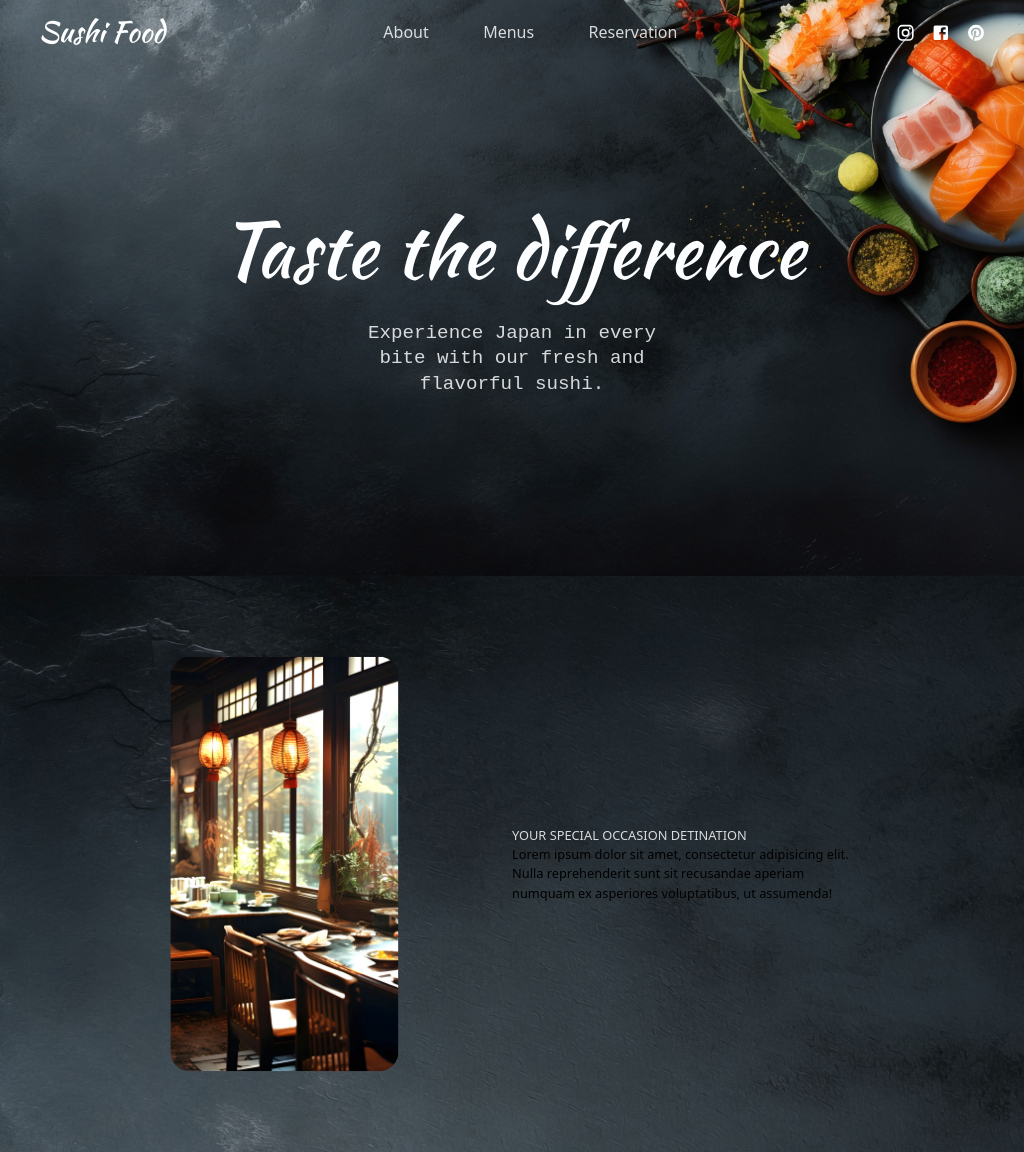
Repository: Adrien-legeleu/sushi-food
Page: /
These files come from the project's save history. The page is drawn as it stood at one moment and after the next save; the edit follows.
The browser window is 1280 px wide. The pictures show the whole page, at 80% of full size.
Some web fonts or font styles are not loaded; a fallback is used. The project was rebuilt for these pictures with package versions that can differ from the ones it lists, and the page was loaded fresh each time. Also part of the build but not shown: vite.config.ts.

Above is the page before, as saved 2024-04-29 19:44:46.

After the next save:
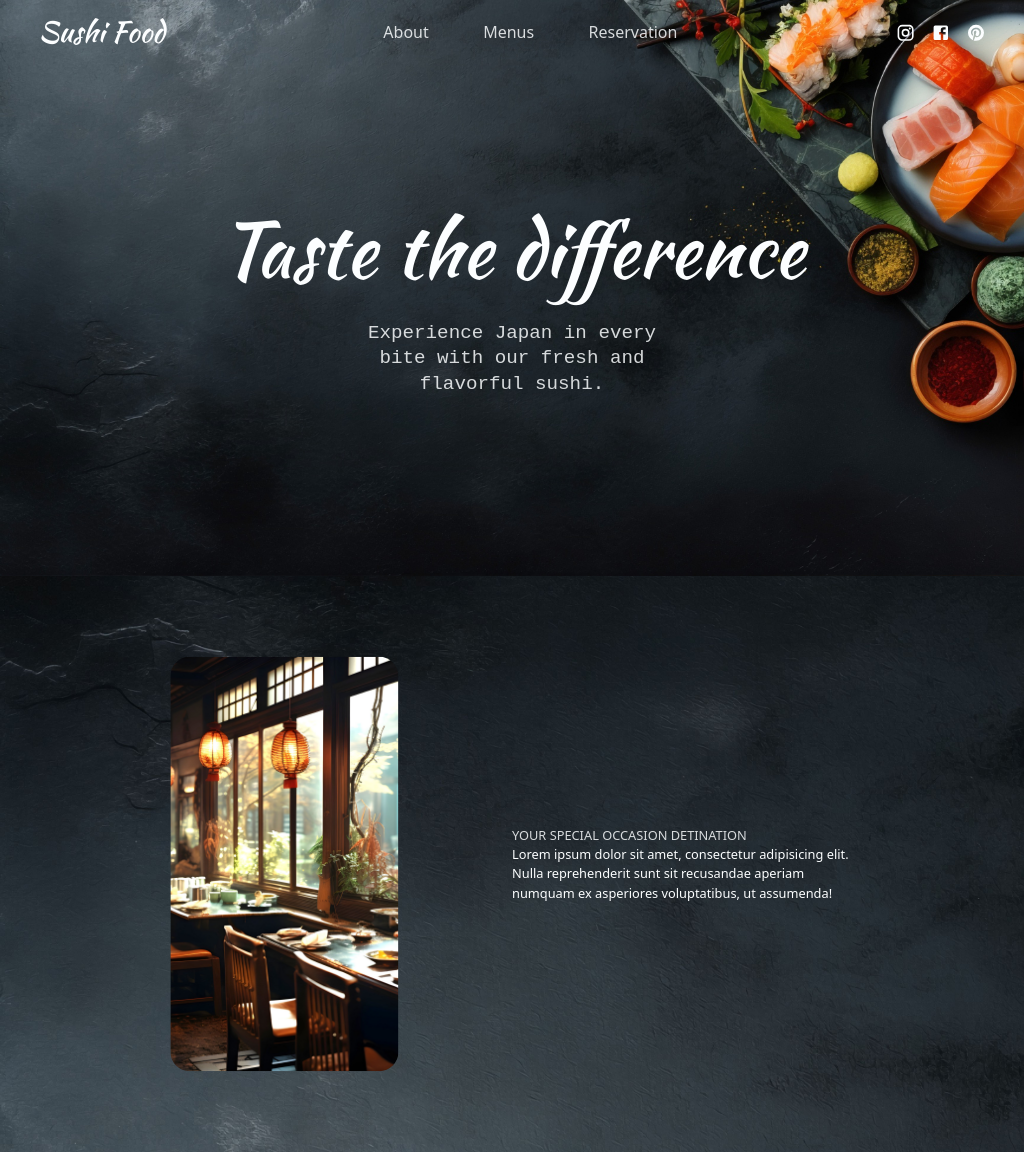
Saved 8 s later.
--- a/src/Components/About.tsx
+++ b/src/Components/About.tsx
@@ -10,7 +10,7 @@ export const About =()=>{
                 </div>
                 <div className="flex-1">
                     <h4 className="text-whiteText">YOUR SPECIAL OCCASION DETINATION</h4>
-                    <p>Lorem ipsum dolor sit amet, consectetur adipisicing elit. Nulla reprehenderit sunt sit recusandae aperiam numquam ex asperiores voluptatibus, ut assumenda!</p>
+                    <p className="text-whiteTitle">Lorem ipsum dolor sit amet, consectetur adipisicing elit. Nulla reprehenderit sunt sit recusandae aperiam numquam ex asperiores voluptatibus, ut assumenda!</p>
                 </div>
             </div>
         </div>
